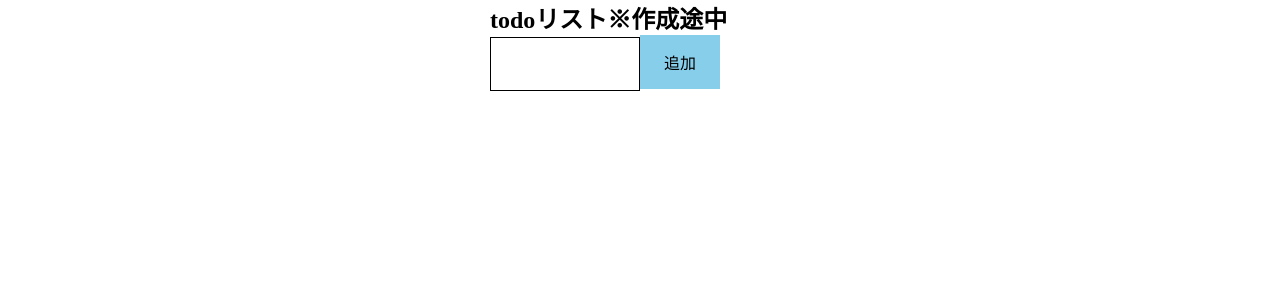
Repository: FujieRyou/react_practice
Page: /
An editor plug-in stored every save of this project. The page is shown before and after the next save, followed by the edit.
The browser window is 1280 px wide. The pictures show the whole page.
The project was rebuilt for these pictures with package versions that can differ from the ones it lists, and the page was loaded fresh each time. Also part of the build but not shown: vite.config.js, src/components/testComponent.jsx, src/components/countUp.jsx, src/components/switchFlag.jsx, src/components/props1.jsx, src/components/profile.jsx, src/components/ivent.jsx.

Above is the page before, as saved 2023-01-19 03:48:37.

### src/App.jsx
import { useEffect } from "react"
import { useRef } from "react"
import { useState } from "react"
import TestComponent from "./components/testComponent"
import styles from "./scss/style.scss"
import Todolist from "./components/todoComponent"
import CountUp from "./components/countUp"
import SwitchFlag from "./components/switchFlag"
import PropsPractice from "./components/props1"
import Profile from "./components/profile"
import ChangeIvent from "./components/ivent"


const App = () =>{
  const profileInfo = [
    {name:"Takasi",age:20,from:"大阪"},
    {name:"Hirosi",age:19,from:"東京"},
    {name:"Musasi",age:21,from:"名古屋"},
]


  return(
    <div>
      {/* todolist作成中 */}
      <Todolist />

      {/* 押すたびにcountがupする(useState練習) */}
      {/* < CountUp /> */}

      {/* 押すたびにON,OFFがきりかわる(useState練習) */}
      {/* <SwitchFlag /> */}

    {/* props練習 */}
    {/* <PropsPractice color="red"/>
    <PropsPractice num={123}/> */}

    {/* <Profile
      name={profileInfo[0].name}
      age={profileInfo[0].age}
      from={profileInfo[0].from}
    />

    <Profile
      {...profileInfo[1]}
    />

    <Profile/>

    <ChangeIvent /> */}

    </div>






  )
}


export default App

### src/scss/style.scss
@forward "_ress";

input{
    border: solid 1px black;
    width: 200px;
    height: 32px;
}

.btn{
    width: 56px;
    height: 32px;
    background-color: aquamarine;
}

.list{
    width: 200px;
    height: 100px;
    background-color: tomato;
    border: solid 1px skyblue;
    padding: 10px 12px;
    list-style-type: none;
}

.component{
    width: 200px;
    height: 150px;
    border: solid 5px green;
    color: green;
}
.component.red{
    width: 200px;
    height: 150px;
    border: solid 5px red;
    color: red;
}

.mouseInOut{
    width: 200px;
    height: 200px;
    background-color: aquamarine;
    margin-top: 20px;
}

.todoWrap{
    width: 300px;
    height: 200px;
    margin: 0 auto;
}

.addBtn{
    width: 80px;
    height: 54px;
    background-color: skyblue;
}

.txtArea{
    width: 150px;
    height: 54px;
}

### src/components/todoComponent.jsx
import style from "../scss/style.scss"
import { useState } from "react";

const Todolist = () =>{
    const [val, setVal] = useState();

    return(
        <div className="todoWrap">
            <h2>todoリスト※作成途中</h2>
            <input type="text" id="txtArea" className="txtArea" />
            <button type="button" id="addBtn" className="addBtn">追加</button>
            <div id="listWrap">
            </div>
        </div>
    )
}

export default Todolist;

### src/scss/_ress.scss
/*!
 * ress.css • v4.0.0
 * MIT License
 * github.com/filipelinhares/ress
 */

/* # =================================================================
   # Global selectors
   # ================================================================= */

   html {
    box-sizing: border-box;
    -webkit-text-size-adjust: 100%; /* Prevent adjustments of font size after orientation changes in iOS */
    word-break: normal;
    -moz-tab-size: 4;
    tab-size: 4;
  }

  *,
  ::before,
  ::after {
    background-repeat: no-repeat; /* Set `background-repeat: no-repeat` to all elements and pseudo elements */
    box-sizing: inherit;
  }

  ::before,
  ::after {
    text-decoration: inherit; /* Inherit text-decoration and vertical align to ::before and ::after pseudo elements */
    vertical-align: inherit;
  }

  * {
    padding: 0; /* Reset `padding` and `margin` of all elements */
    margin: 0;
  }

  /* # =================================================================
     # General elements
     # ================================================================= */

  hr {
    overflow: visible; /* Show the overflow in Edge and IE */
    height: 0; /* Add the correct box sizing in Firefox */
    color: inherit; /* Correct border color in Firefox. */
  }

  details,
  main {
    display: block; /* Render the `main` element consistently in IE. */
  }

  summary {
    display: list-item; /* Add the correct display in all browsers */
  }

  small {
    font-size: 80%; /* Set font-size to 80% in `small` elements */
  }

  [hidden] {
    display: none; /* Add the correct display in IE */
  }

  abbr[title] {
    border-bottom: none; /* Remove the bottom border in Chrome 57 */
    /* Add the correct text decoration in Chrome, Edge, IE, Opera, and Safari */
    text-decoration: underline;
    text-decoration: underline dotted;
  }

  a {
    background-color: transparent; /* Remove the gray background on active links in IE 10 */
  }

  a:active,
  a:hover {
    outline-width: 0; /* Remove the outline when hovering in all browsers */
  }

  code,
  kbd,
  pre,
  samp {
    font-family: monospace, monospace; /* Specify the font family of code elements */
  }

  pre {
    font-size: 1em; /* Correct the odd `em` font sizing in all browsers */
  }

  b,
  strong {
    font-weight: bolder; /* Add the correct font weight in Chrome, Edge, and Safari */
  }

  /* https://gist.github.com/unruthless/413930 */
  sub,
  sup {
    font-size: 75%;
    line-height: 0;
    position: relative;
    vertical-align: baseline;
  }

  sub {
    bottom: -0.25em;
  }

  sup {
    top: -0.5em;
  }

  table {
    border-color: inherit; /* Correct border color in all Chrome, Edge, and Safari. */
    text-indent: 0; /* Remove text indentation in Chrome, Edge, and Safari */
  }

  /* # =================================================================
     # Forms
     # ================================================================= */

  input {
    border-radius: 0;
  }

  /* Replace pointer cursor in disabled elements */
  [disabled] {
    cursor: default;
  }

  [type='number']::-webkit-inner-spin-button,
  [type='number']::-webkit-outer-spin-button {
    height: auto; /* Correct the cursor style of increment and decrement buttons in Chrome */
  }

  [type='search'] {
    -webkit-appearance: textfield; /* Correct the odd appearance in Chrome and Safari */
    outline-offset: -2px; /* Correct the outline style in Safari */
  }

  [type='search']::-webkit-search-decoration {
    -webkit-appearance: none; /* Remove the inner padding in Chrome and Safari on macOS */
  }

  textarea {
    overflow: auto; /* Internet Explorer 11+ */
    resize: vertical; /* Specify textarea resizability */
  }

  button,
  input,
  optgroup,
  select,
  textarea {
    font: inherit; /* Specify font inheritance of form elements */
  }

  optgroup {
    font-weight: bold; /* Restore the font weight unset by the previous rule */
  }

  button {
    overflow: visible; /* Address `overflow` set to `hidden` in IE 8/9/10/11 */
  }

  button,
  select {
    text-transform: none; /* Firefox 40+, Internet Explorer 11- */
  }

  /* Apply cursor pointer to button elements */
  button,
  [type='button'],
  [type='reset'],
  [type='submit'],
  [role='button'] {
    cursor: pointer;
    color: inherit;
  }

  /* Remove inner padding and border in Firefox 4+ */
  button::-moz-focus-inner,
  [type='button']::-moz-focus-inner,
  [type='reset']::-moz-focus-inner,
  [type='submit']::-moz-focus-inner {
    border-style: none;
    padding: 0;
  }

  /* Replace focus style removed in the border reset above */
  button:-moz-focusring,
  [type='button']::-moz-focus-inner,
  [type='reset']::-moz-focus-inner,
  [type='submit']::-moz-focus-inner {
    outline: 1px dotted ButtonText;
  }

  button,
  html [type='button'], /* Prevent a WebKit bug where (2) destroys native `audio` and `video`controls in Android 4 */
  [type='reset'],
  [type='submit'] {
    -webkit-appearance: button; /* Correct the inability to style clickable types in iOS */
  }

  /* Remove the default button styling in all browsers */
  button,
  input,
  select,
  textarea {
    background-color: transparent;
    border-style: none;
  }

  a:focus,
  button:focus,
  input:focus,
  select:focus,
  textarea:focus {
    outline-width: 0;
  }

  /* Style select like a standard input */
  select {
    -moz-appearance: none; /* Firefox 36+ */
    -webkit-appearance: none; /* Chrome 41+ */
  }

  select::-ms-expand {
    display: none; /* Internet Explorer 11+ */
  }

  select::-ms-value {
    color: currentColor; /* Internet Explorer 11+ */
  }

  legend {
    border: 0; /* Correct `color` not being inherited in IE 8/9/10/11 */
    color: inherit; /* Correct the color inheritance from `fieldset` elements in IE */
    display: table; /* Correct the text wrapping in Edge and IE */
    max-width: 100%; /* Correct the text wrapping in Edge and IE */
    white-space: normal; /* Correct the text wrapping in Edge and IE */
    max-width: 100%; /* Correct the text wrapping in Edge 18- and IE */
  }

  ::-webkit-file-upload-button {
    /* Correct the inability to style clickable types in iOS and Safari */
    -webkit-appearance: button;
    color: inherit;
    font: inherit; /* Change font properties to `inherit` in Chrome and Safari */
  }

  /* # =================================================================
     # Specify media element style
     # ================================================================= */

  img {
    border-style: none; /* Remove border when inside `a` element in IE 8/9/10 */
  }

  /* Add the correct vertical alignment in Chrome, Firefox, and Opera */
  progress {
    vertical-align: baseline;
  }

  /* # =================================================================
     # Accessibility
     # ================================================================= */

  /* Specify the progress cursor of updating elements */
  [aria-busy='true'] {
    cursor: progress;
  }

  /* Specify the pointer cursor of trigger elements */
  [aria-controls] {
    cursor: pointer;
  }

  /* Specify the unstyled cursor of disabled, not-editable, or otherwise inoperable elements */
  [aria-disabled='true'] {
    cursor: default;
  }

Loaded but not shown: index.html (common file); src/main.jsx (common file)

After the next save:
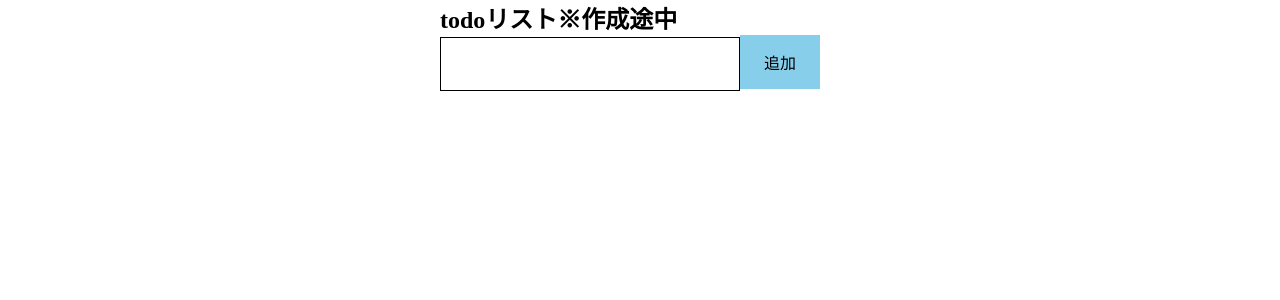
Saved 18 s later.
--- a/src/scss/style.scss
+++ b/src/scss/style.scss
@@ -42,7 +42,7 @@ input{
 }
 
 .todoWrap{
-    width: 300px;
+    width: 400px;
     height: 200px;
     margin: 0 auto;
 }
@@ -54,6 +54,6 @@ input{
 }
 
 .txtArea{
-    width: 150px;
+    width: 300px;
     height: 54px;
 }
